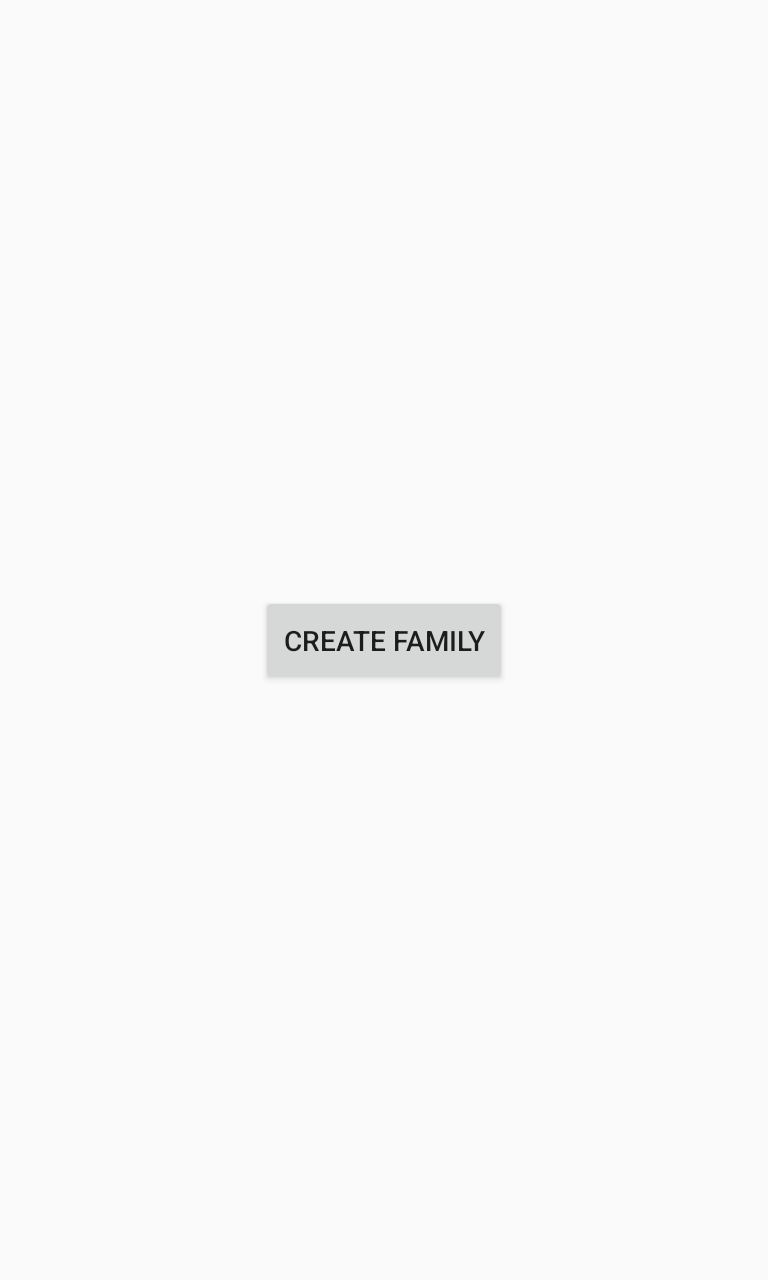
Repository: attoken/TeamDauntless
Layout: Project/res/layout/activity_families.xml
An editor plug-in stored every save of this project. The layout is shown before and after the next save, followed by the edit.
It is drawn on a 768 x 1280 px phone screen (xhdpi) without system bars, with theme AppTheme; the app's code is not run.

Above is the layout before, as saved 2014-10-02 08:42:23.

After the next save:
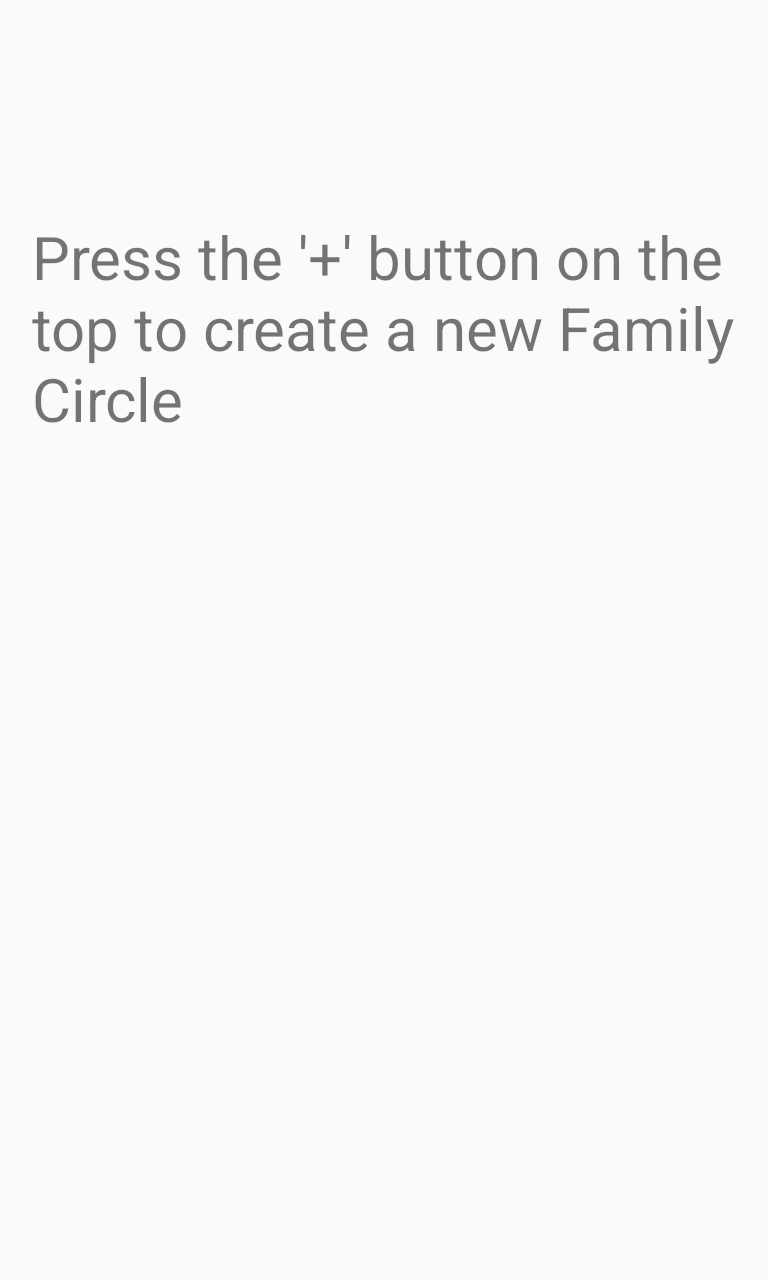
Saved 9 min 3 s later.
--- a/Project/res/layout/activity_families.xml
+++ b/Project/res/layout/activity_families.xml
@@ -8,13 +8,13 @@
     android:paddingTop="@dimen/activity_vertical_margin"
     tools:context="com.dauntless.project.FamiliesCircleActivity" >
 
-    <Button
-        android:id="@+id/createFamilyBtn"
+    <TextView
+        android:id="@+id/createFamilyText"
         android:layout_width="wrap_content"
         android:layout_height="wrap_content"
-        android:layout_centerHorizontal="true"
-        android:layout_centerVertical="true"
-        android:text="Create Family"
-        />
+        android:layout_alignParentTop="true"
+        android:layout_marginTop="92dp"
+        android:text="Press the &apos;+&apos; button on the top to create a new Family Circle"
+        android:textSize="30sp" />
 
 </RelativeLayout>
